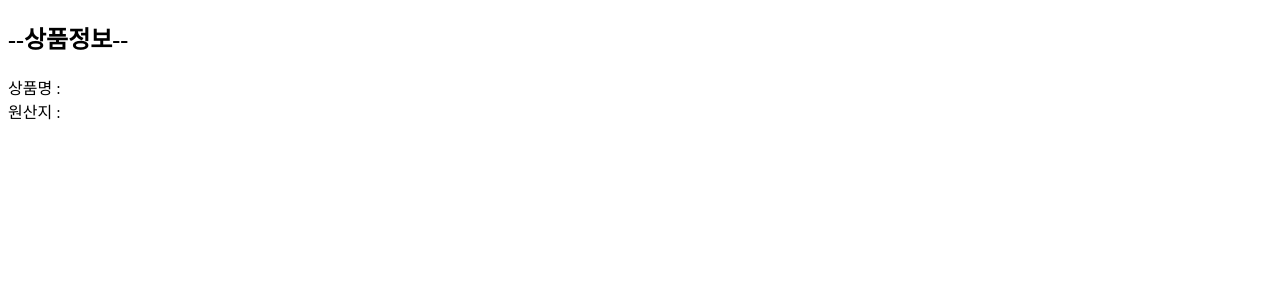
Repository: saeeeem2/2023JSTL
Page: http://localhost/jstl_study/step-2.jsp
An editor plug-in stored every save of this project. The page is shown before and after the next save, followed by the edit.
The browser window is 1280 px wide. The pictures show the whole page.
The page is served by Tomcat 9.

Above is the page before, as saved 2023-11-22 04:51:49.

After the next save:
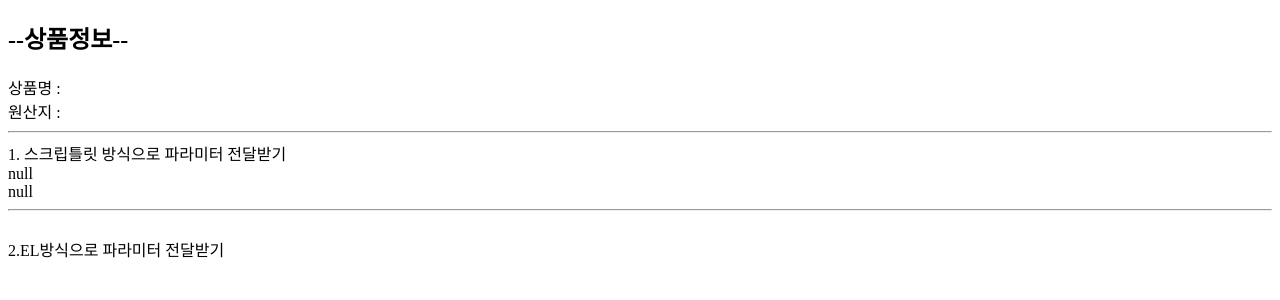
Saved 6 min 57 s later.
--- a/jstl_study/src/main/webapp/step-2.jsp
+++ b/jstl_study/src/main/webapp/step-2.jsp
@@ -1,5 +1,6 @@
 <%@ page language="java" contentType="text/html; charset=UTF-8"
     pageEncoding="UTF-8"%>
+    <%@ taglib uri="http://java.sun.com/jsp/jstl/core" prefix="c"%>
 <!DOCTYPE html>
 <html>
 <head>
@@ -8,7 +9,21 @@
 </head>
 <body>
 <h2>--상품정보--</h2>
-상품명 : ${param.name }<br>
-원산지 : ${param.address }
+	상품명 : ${param.name }<br>
+	원산지 : ${param.address }
+	<br>
+	<hr>
+	1. 스크립틀릿 방식으로 파라미터 전달받기<br>
+	<%=request.getParameter("name") %><br>
+	<%=request.getParameter("address") %><br>
+
+	<hr>
+	<br>
+
+	2.EL방식으로 파라미터 전달받기 <br>
+	${param.name }<br>
+	${param.address }<br>
+
+
 </body>
 </html>
